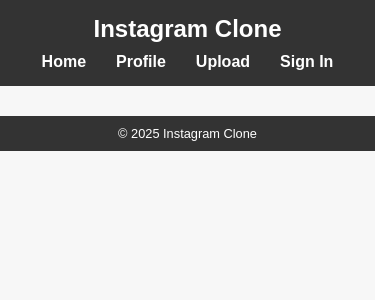
Repository: burhannaseer/CloudClips
Page: index.html
These files come from the project's save history. The page is drawn as it stood at one moment and after the next save; the edit follows.
The browser window is 375 px wide. The pictures show the whole page.

Above is the page before, as saved 2025-05-06 02:59:15.

After the next save:
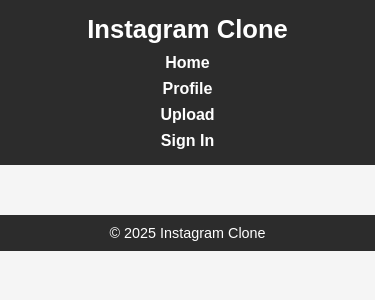
Saved 2 min 43 s later.
--- a/styles.css
+++ b/styles.css
@@ -1,39 +1,39 @@
-/* Original Clean Theme for Instagram Clone */
+/* Clean Classic Instagram Clone Theme */
 
 body {
   font-family: Arial, sans-serif;
+  background-color: #f5f5f5;
+  color: #333;
   margin: 0;
   padding: 0;
-  background-color: #f7f7f7;
 }
 
 .container {
   width: 90%;
+  max-width: 800px;
   margin: 0 auto;
 }
 
 header {
-  background-color: #333;
+  background-color: #2c2c2c;
   color: white;
   padding: 15px 0;
+  text-align: center;
 }
 
 header h1 {
   margin: 0;
-  font-size: 1.5em;
-  text-align: center;
+  font-size: 1.6em;
 }
 
 header nav {
-  display: flex;
-  justify-content: center;
   margin-top: 10px;
 }
 
 header nav a {
   color: white;
   text-decoration: none;
-  margin: 0 15px;
+  margin: 0 12px;
   font-weight: bold;
 }
 
@@ -41,104 +41,103 @@
   text-decoration: underline;
 }
 
-footer {
-  text-align: center;
-  padding: 10px 0;
-  background-color: #333;
-  color: white;
-}
-
-h2 {
-  font-size: 2em;
-  margin-bottom: 20px;
-  color: #333;
-  text-align: center;
+main {
+  margin-top: 30px;
 }
 
 form {
   background-color: white;
-  padding: 30px;
+  padding: 20px;
   border-radius: 8px;
-  box-shadow: 0 0 10px rgba(0, 0, 0, 0.1);
-  max-width: 400px;
-  margin: 0 auto;
+  margin-bottom: 30px;
+  box-shadow: 0 0 5px rgba(0, 0, 0, 0.1);
 }
 
-input[type="text"],
-input[type="email"],
-input[type="tel"],
-input[type="password"],
-textarea {
+input, textarea {
   width: 100%;
-  padding: 12px;
-  margin-bottom: 10px;
-  border: 1px solid #ddd;
+  margin-bottom: 15px;
+  padding: 10px;
+  font-size: 1rem;
+  border: 1px solid #ccc;
   border-radius: 4px;
-  font-size: 1rem;
 }
 
 input[type="file"] {
-  width: 100%;
-  padding: 10px;
-  margin-bottom: 10px;
+  padding: 6px;
 }
 
 button {
-  width: 100%;
-  padding: 12px;
-  background-color: #555;
+  padding: 10px 15px;
+  background-color: #333;
   color: white;
   border: none;
+  border-radius: 4px;
+  font-weight: bold;
   cursor: pointer;
-  border-radius: 4px;
-  font-size: 1rem;
-  transition: background-color 0.3s;
 }
 
 button:hover {
-  background-color: #444;
-}
-
-button:active {
-  background-color: #222;
+  background-color: #555;
 }
 
 .feed {
   display: flex;
   flex-direction: column;
-  margin-top: 30px;
+  gap: 20px;
 }
 
 .post {
   background-color: white;
-  padding: 20px;
-  margin-bottom: 20px;
-  border-radius: 8px;
-  box-shadow: 0 0 10px rgba(0, 0, 0, 0.1);
+  border-radius: 10px;
+  padding: 15px;
+  box-shadow: 0 0 10px rgba(0,0,0,0.05);
+}
+
+.post h3 {
+  margin-bottom: 10px;
+  font-size: 1.2rem;
+}
+
+.post img,
+.post video {
+  width: 100%;
+  border-radius: 6px;
+  margin-bottom: 10px;
+}
+
+.post p {
+  margin: 0 0 10px;
 }
 
 .actions {
   display: flex;
-  justify-content: flex-start;
-  margin-top: 10px;
+  justify-content: start;
+  gap: 15px;
+  font-size: 1.2rem;
 }
 
 .actions span {
   cursor: pointer;
-  margin-right: 20px;
-  font-size: 1.1rem;
-  transition: color 0.3s;
 }
 
 .actions span:hover {
-  color: #555;
-}
-
-textarea {
-  resize: vertical;
-  min-height: 100px;
+  opacity: 0.7;
 }
 
 footer {
-  font-size: 0.8rem;
+  background-color: #2c2c2c;
+  color: white;
+  text-align: center;
+  padding: 10px 0;
+  margin-top: 50px;
+  font-size: 0.9em;
 }
+
+/* Responsive */
+@media (max-width: 600px) {
+  header nav {
+    display: flex;
+    flex-direction: column;
+    gap: 8px;
+  }
+}
